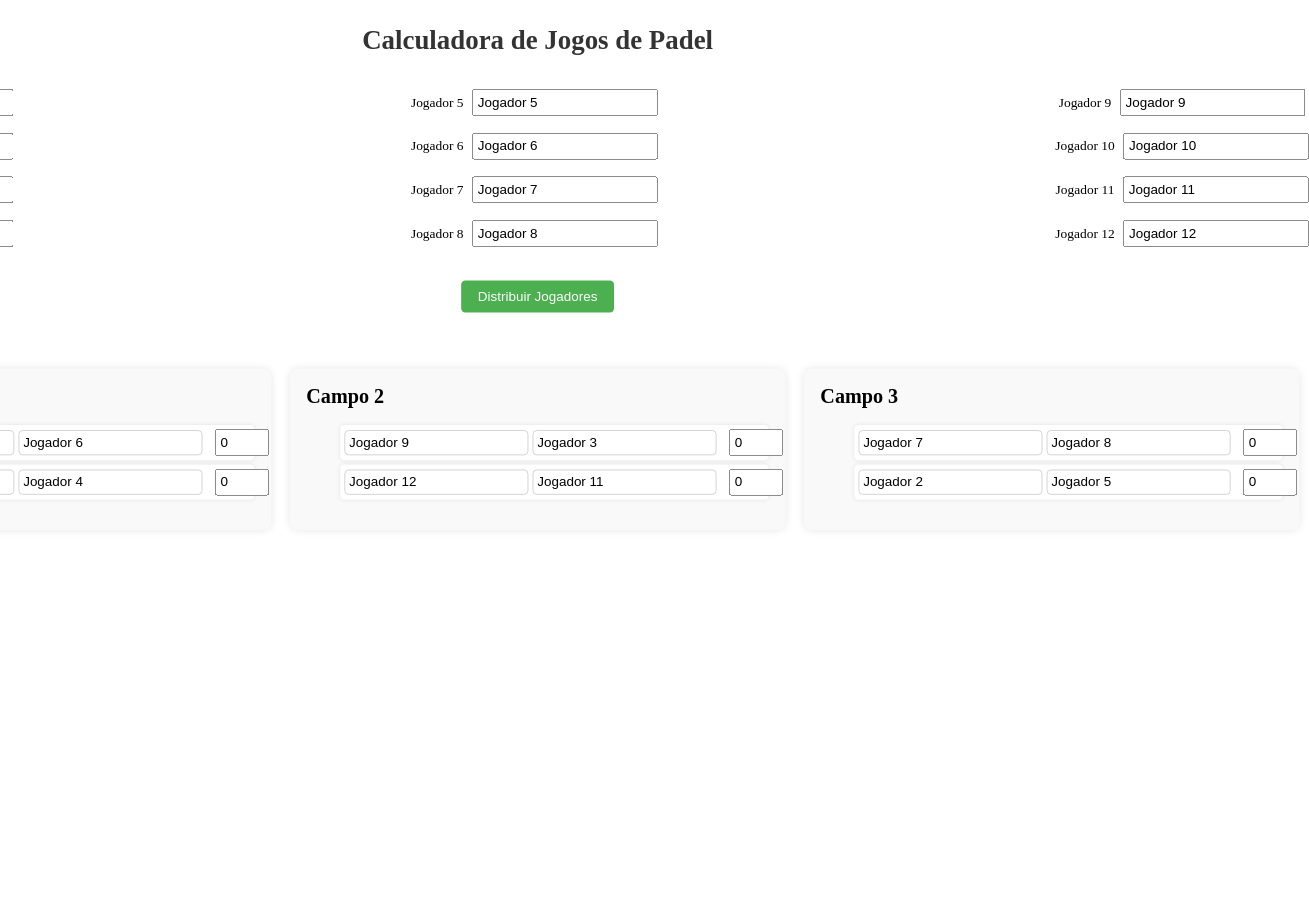
Repository: MarcioMiguel22/PadelMaster
Page: /calculadora, after clicking the first element matching `button.distribute-button`
The author's editor kept a copy of each file at every save. The page is drawn from the files as they stood at one save, then again after the next save.
The browser window is 1280 px wide. The page is 1558 px wide, then 1528 px, then 1558 px, so the pictures cover 1558 px, including what lies to the right of the window. The pictures show the whole page, at 84% of full size.
The project was rebuilt for these pictures with package versions that can differ from the ones it lists, and the page was loaded fresh each time. Also part of the build but not shown: vite.config.ts, src/pages/Home/Home.tsx, src/index.css.

Above is the page before, as saved 2024-06-14 08:55:57.

After the next save:
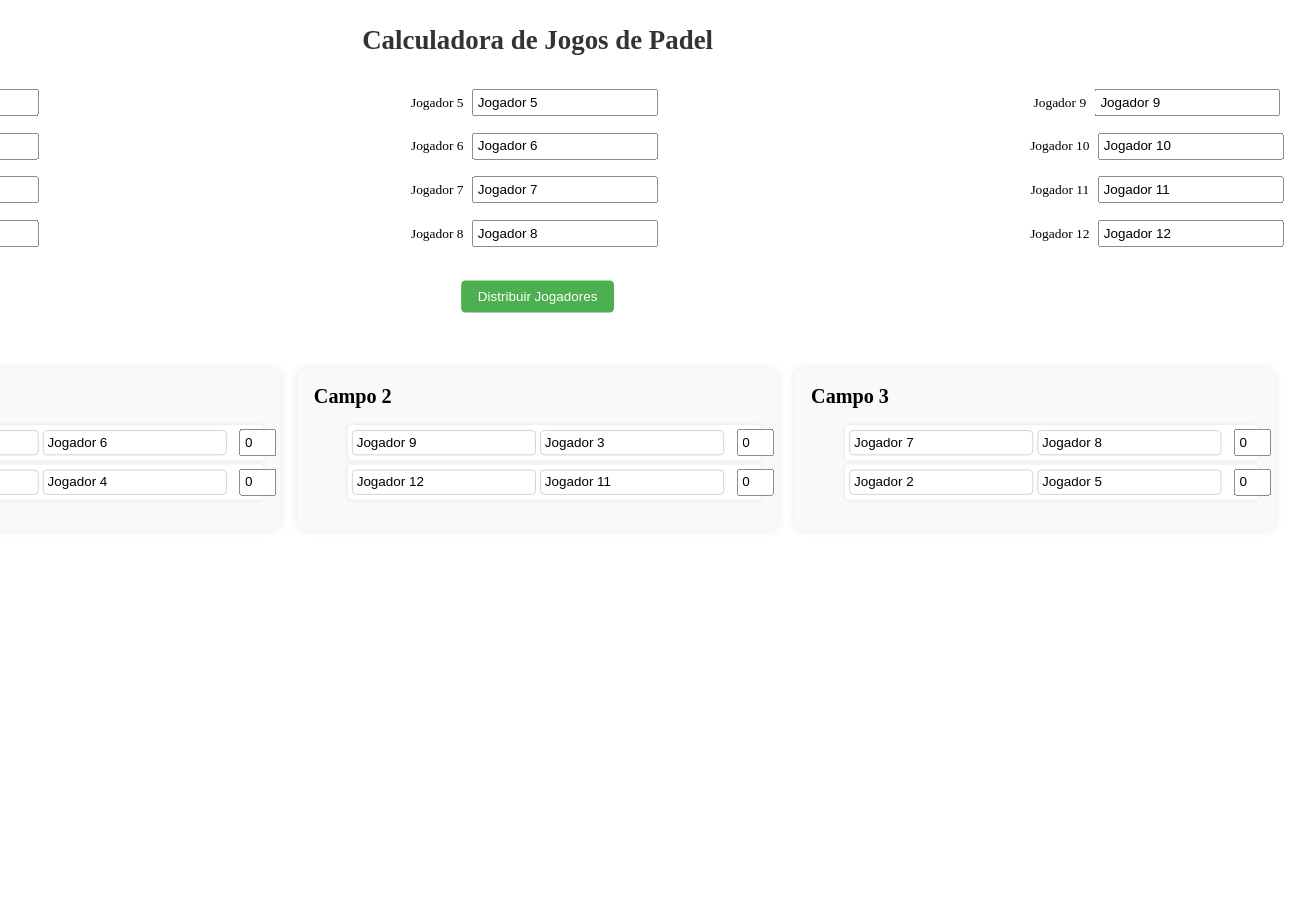
Saved 17 min 52 s later.
--- a/src/pages/Calculadora/Calculadora.css
+++ b/src/pages/Calculadora/Calculadora.css
@@ -120,7 +120,7 @@
 
 .team input.resultado-input {
   margin-left: 10px;
-  width: 50px;
+  width: 30px;
   padding: 5px;
   font-size: 16px;
 }

After the save that followed:
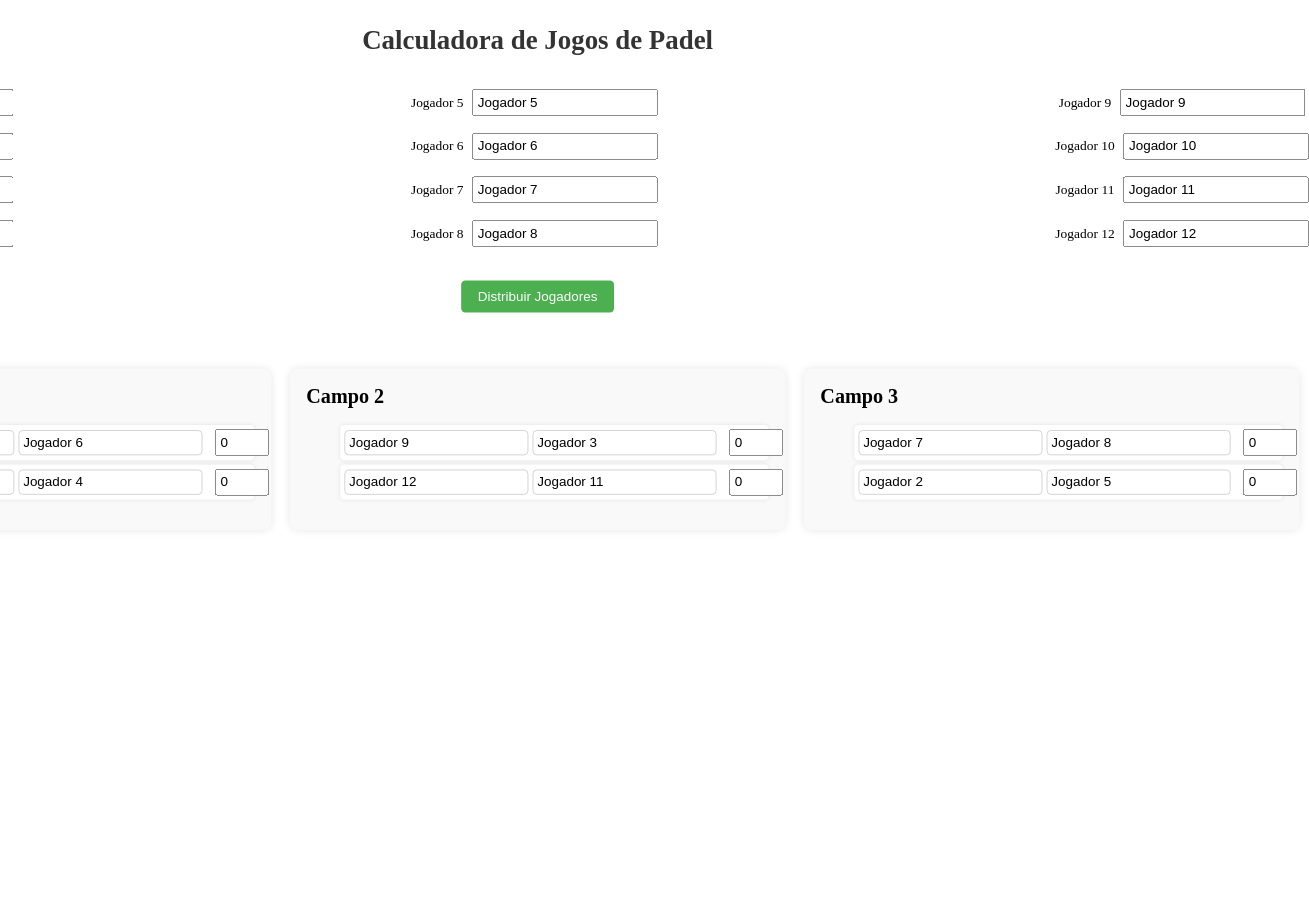
Saved 13 s later.
--- a/src/pages/Calculadora/Calculadora.css
+++ b/src/pages/Calculadora/Calculadora.css
@@ -120,7 +120,7 @@
 
 .team input.resultado-input {
   margin-left: 10px;
-  width: 30px;
+  width: 50px;
   padding: 5px;
   font-size: 16px;
 }
